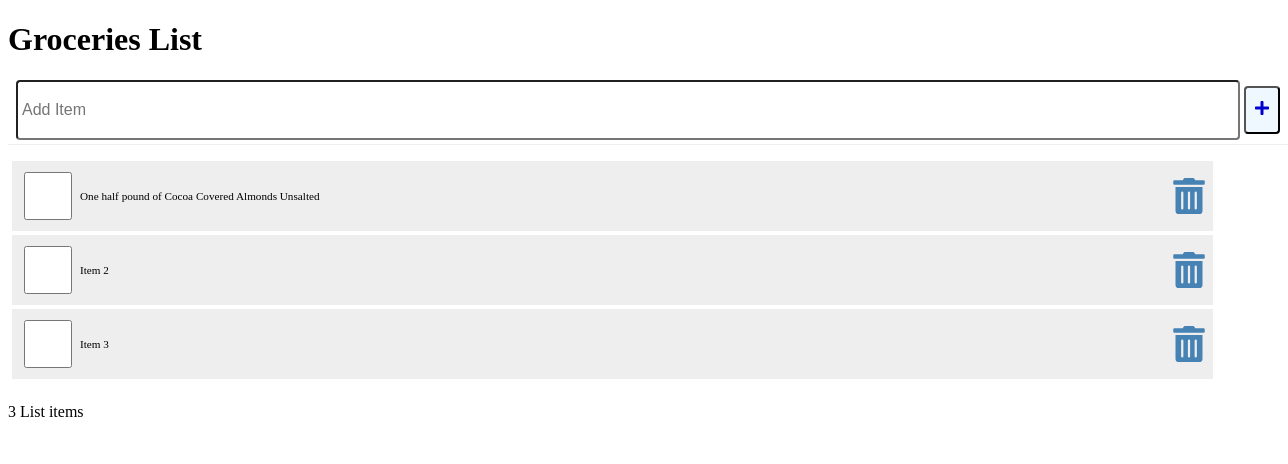
Repository: akinmiday/react-series
Page: /
An editor plug-in stored every save of this project. The page is shown before and after the next save, followed by the edit.
The browser window is 1280 px wide. The page is 1288 px wide, so the pictures cover 1288 px, including what lies to the right of the window. The pictures show the whole page.
The project was rebuilt for these pictures with package versions that can differ from the ones it lists, and the page was loaded fresh each time. Also part of the build but not shown: vite.config.js, src/index.css.

Above is the page before, as saved 2023-08-22 06:20:43.

After the next save:
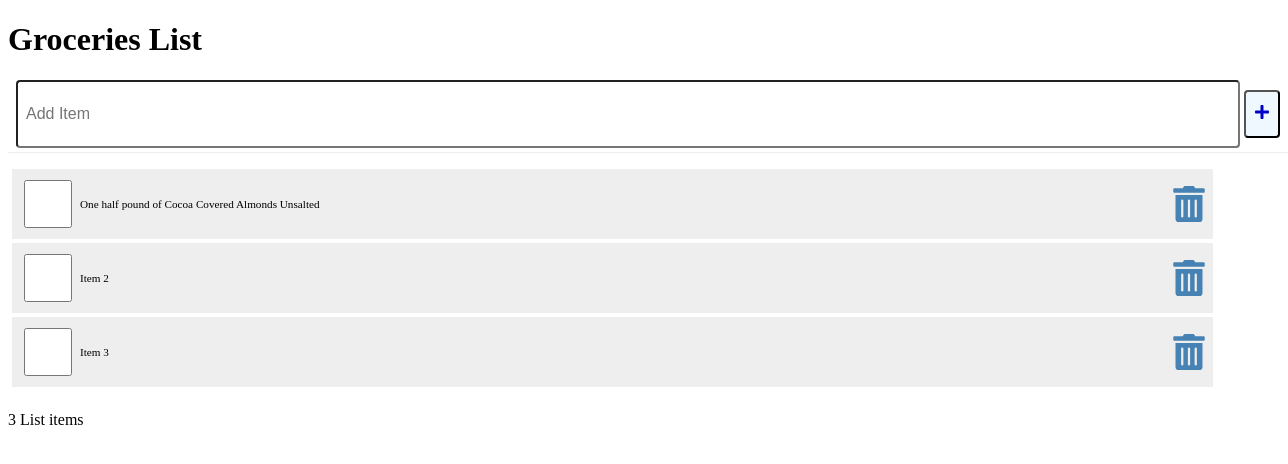
Saved 14 s later.
--- a/src/App.css
+++ b/src/App.css
@@ -73,7 +73,7 @@
     max-width: calc(100% - 50px);
     min-height: 48px;
     font-size: 1rem;
-    padding: 0.25rem ;
+    padding: 0.5rem ;
     border-radius: 0.25rem;
     margin-right: 0.25rem;
     outline: none;

After the save that followed:
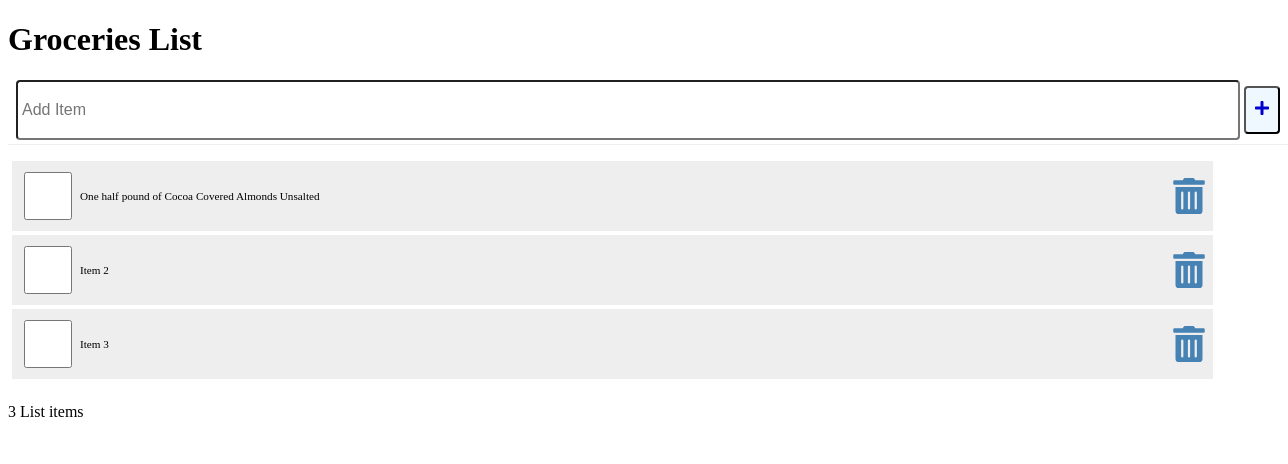
Saved 4 s later.
--- a/src/App.css
+++ b/src/App.css
@@ -73,7 +73,7 @@
     max-width: calc(100% - 50px);
     min-height: 48px;
     font-size: 1rem;
-    padding: 0.5rem ;
+    padding: 0.25rem ;
     border-radius: 0.25rem;
     margin-right: 0.25rem;
     outline: none;
